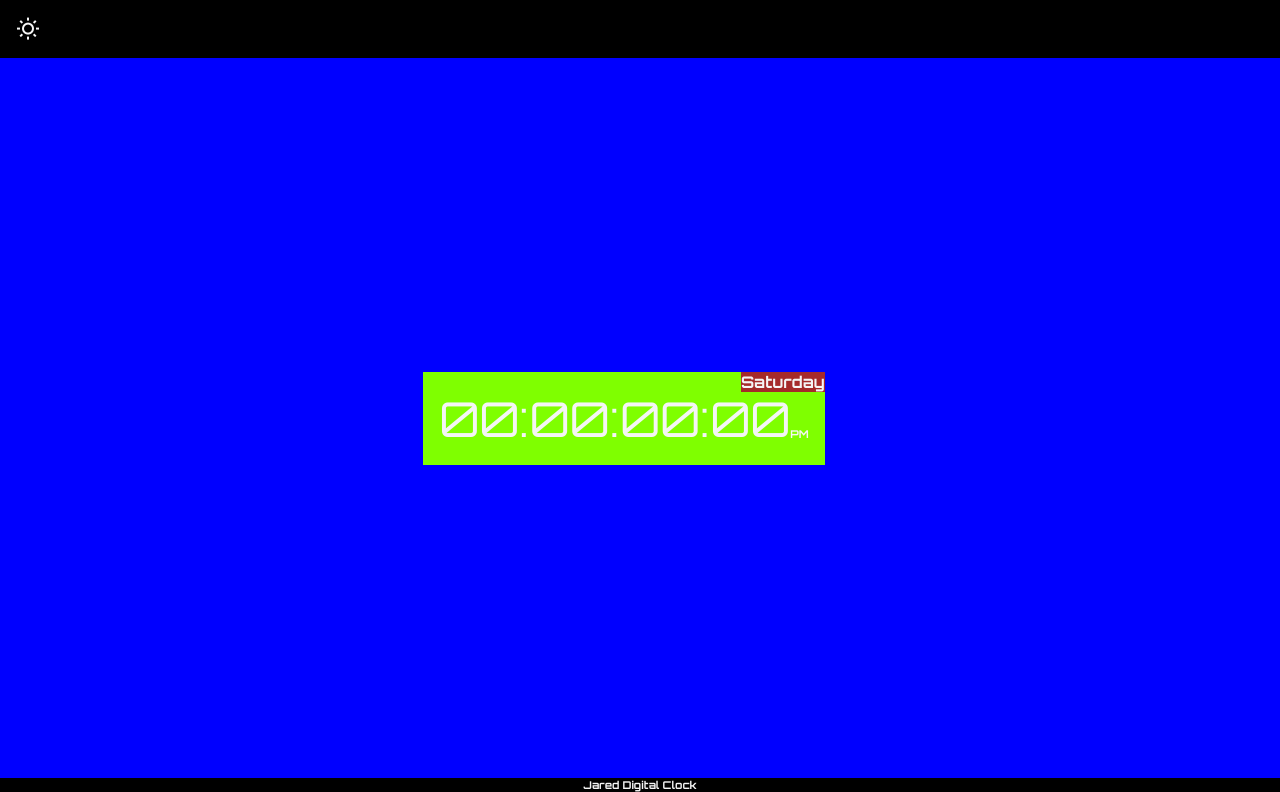
Repository: EguJaredoBoyd/Jared-Digital-Clock
Page: index.html
An editor plug-in stored every save of this project. The page is shown before and after the next save, followed by the edit.
The browser window is 1280 px wide. The pictures show the whole page.
Some web libraries are served in a nearby version.

Above is the page before, as saved 2026-01-04 22:35:35.

### index.html
<!DOCTYPE html>
<html lang="en">
  <head>
    <meta charset="UTF-8" />
    <meta name="viewport" content="width=device-width, initial-scale=1.0" />
    <link rel="stylesheet" href="./css/styles.css" />
    <link
      href="https://cdn.jsdelivr.net/npm/remixicon@4.8.0/fonts/remixicon.css"
      rel="stylesheet"
    />
    <link rel="preconnect" href="https://fonts.googleapis.com" />
    <link rel="preconnect" href="https://fonts.gstatic.com" crossorigin />
    <link
      href="https://fonts.googleapis.com/css2?family=Orbitron:wght@400..900&display=swap"
      rel="stylesheet"
    />
    <script src="./js/theme.js" defer></script>
    <title>Document</title>
  </head>
  <body>
    <div class="digital-clock">
      <header>
        <button id="theme-toggle"><i class="ri-sun-line"></i></button>
      </header>

      <main>
        <div class="watch-container">
          <!-- <div class="watch-container__day">
            <h4>Saturday</h4>
          </div> -->
          <div class="watch-container__time">
            <p>00:00:00:00</p>
            <h4>Saturday</h4>
            <h6>PM</h6>
          </div>
        </div>
      </main>

      <footer>
        <h6>Jared Digital Clock</h6>
      </footer>
    </div>
  </body>
</html>

### css/styles.css
* {
  margin: 0;
  padding: 0;
  box-sizing: border-box;
}

:root {
  --primary-color: black;
  --text-color: whitesmoke;

  /* Light-mode color variables */
  --light-mode: whitesmoke;
  --light-text: black;

  /* Button color font */
  --button-color: var(--text-color);
}

html {
  font-size: 16px;
  background-color: var(--primary-color);
}

.light-mode {
  background-color: var(--light-mode);
  color: var(--light-text);
  --button-color: var(--light-text);
}

body {
  color: var(--text-color);
  background-color: var(--primary-color);
  font-family: "Orbitron", sans-serif;
  width: 100%;
}

header {
  padding: 1rem;
}

header button {
  background: none;
  border: none;
}

header button i {
  font-size: 1.5rem;
  color: var(--button-color);
}

.digital-clock {
  height: 100%;
  width: 100%;
  display: flex;
  flex-direction: column;
  align-content: space-between;
  max-width: 100%;
}

.watch-container {
  display: flex;
  flex-direction: column;
  justify-content: center;
  align-items: center;
  height: 100vh;
  width: 100%;
  max-width: 100%;
  position: relative;
  background-color: blue;
}

.watch-container__day {
  width: 100%;
  max-width: 100%;
  display: flex;
  justify-content: end;
  background-color: red;
}

.watch-container__time {
  display: flex;
  max-width: 100%;
  padding: 1rem;
  margin-right: 2rem;
  max-width: 100%;
  background-color: chartreuse;
  position: relative;
}

.watch-container__time h4 {
  position: absolute;
  right: 0;
  top: 0;
  margin-bottom: 1rem;
  background-color: brown;
}

.watch-container__time p {
  font-size: 3rem;
}

.watch-container__time h6 {
  align-self: self-end;
  padding-bottom: 0.5rem;
}

footer h6 {
  text-align: center;
}

### js/theme.js
//Target the button element for the theme
const themeToggle = document.getElementById("theme-toggle");

//Create a function to handle the switching of themes
function switchThemeMode() {
  themeToggle.addEventListener("click", () => {
    document.body.classList.toggle("light-mode");
  });
}

switchThemeMode();

After the next save:
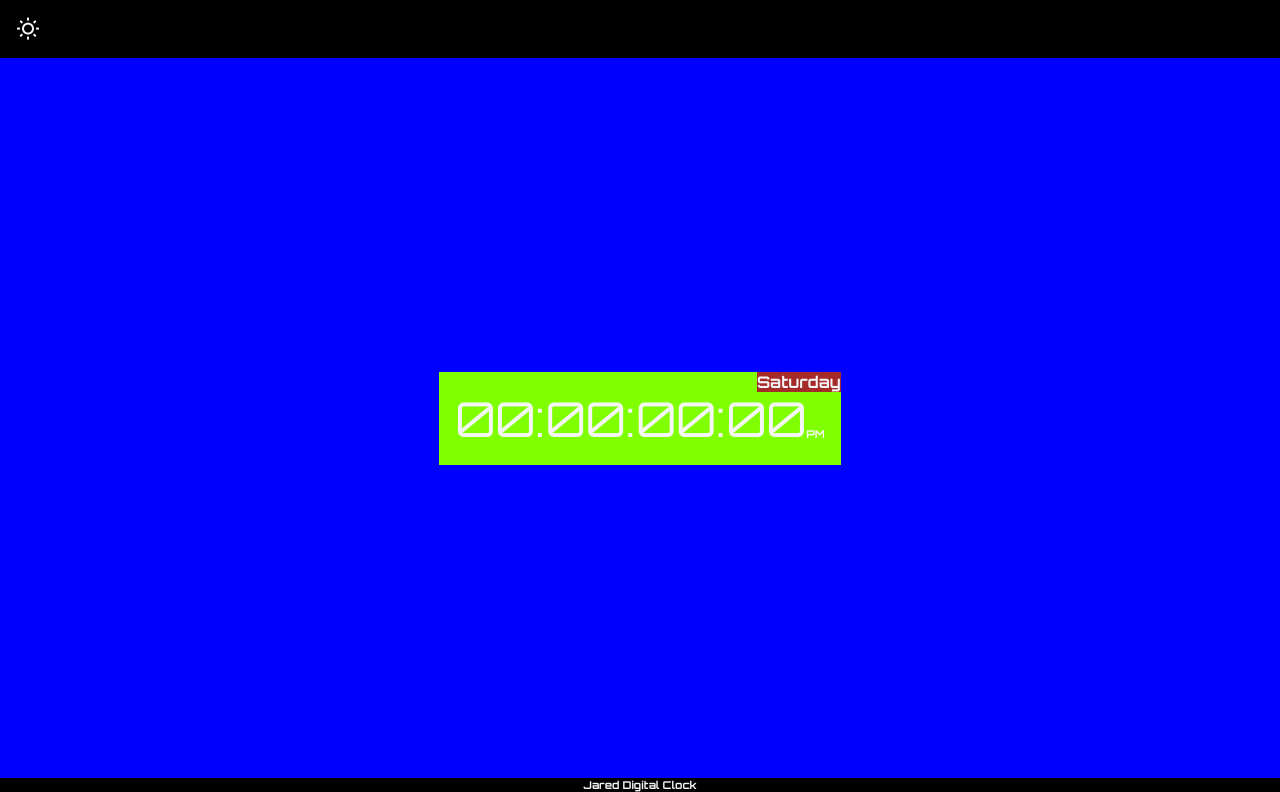
Saved 15 s later.
--- a/css/styles.css
+++ b/css/styles.css
@@ -82,6 +82,7 @@ header button i {
   max-width: 100%;
   padding: 1rem;
   margin-right: 2rem;
+  margin-left: 2rem;
   max-width: 100%;
   background-color: chartreuse;
   position: relative;
